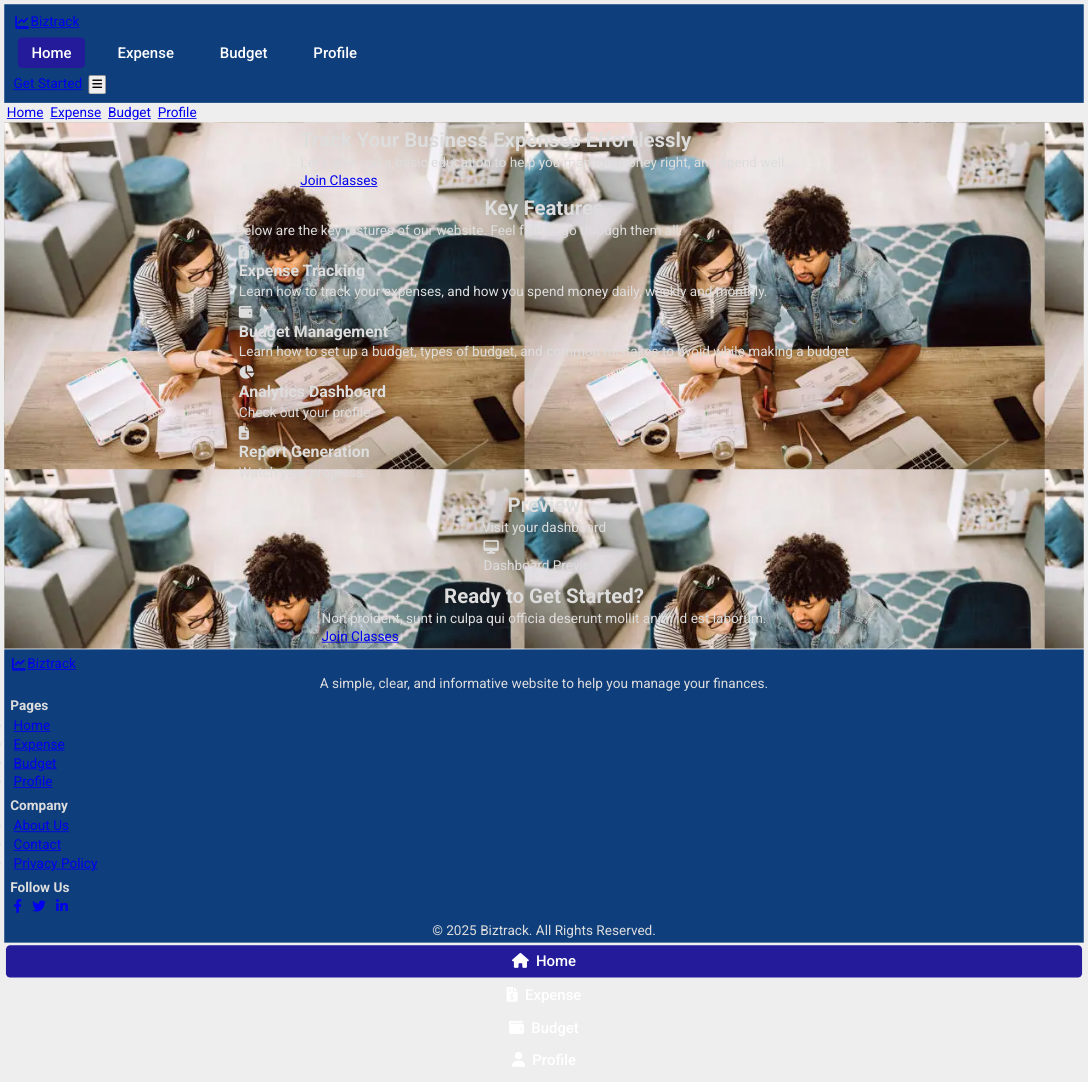
Repository: JoyUdoh106/wdd131
Page: project/index.html
An editor plug-in stored every save of this project. The page is shown before and after the next save, followed by the edit.
The browser window is 1280 px wide. The pictures show the whole page, at 85% of full size.

Above is the page before, as saved 2025-08-10 18:55:01.
Console error: TypeError: Cannot set properties of null (setting 'textContent')

After the next save:
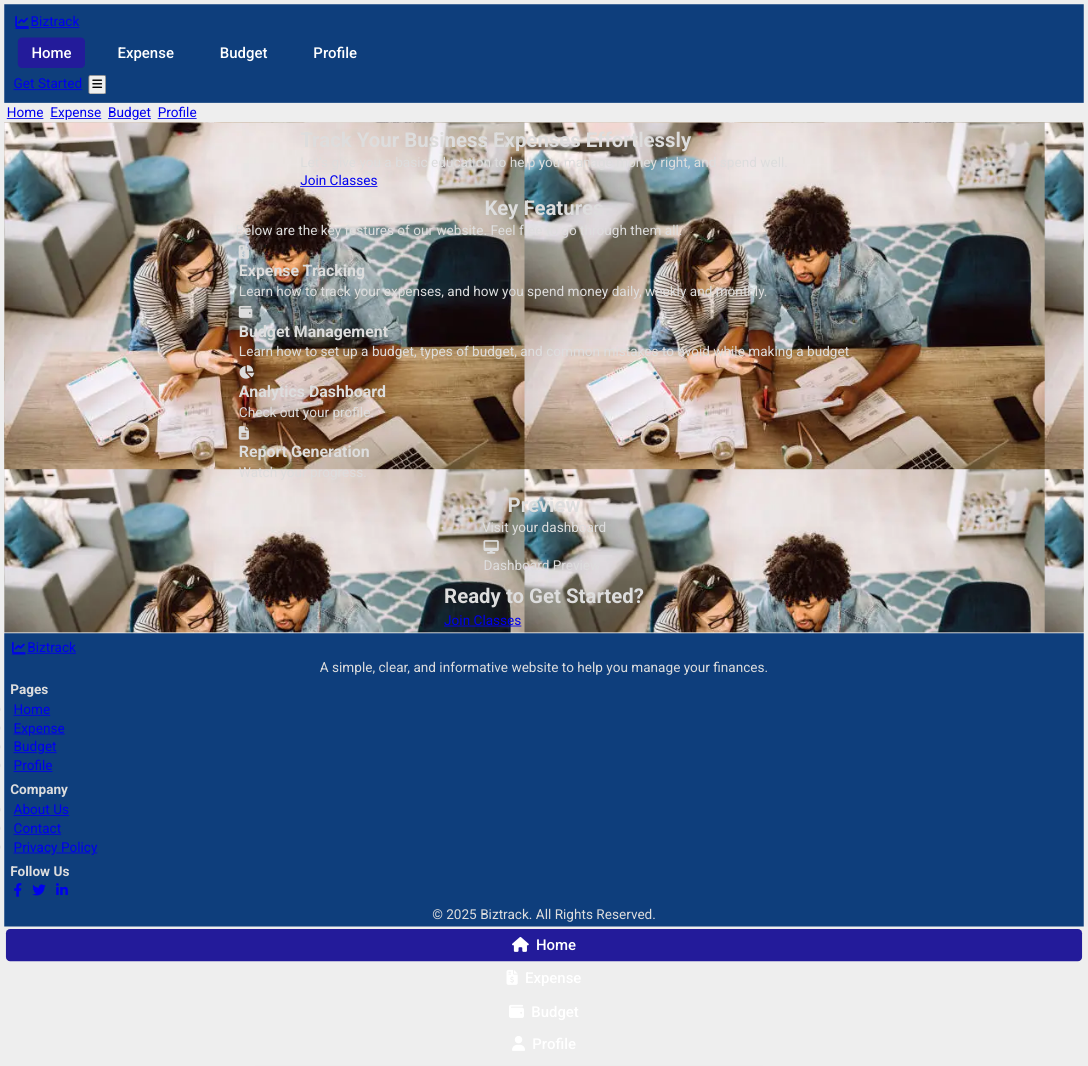
Saved 16 s later.
--- a/project/index.html
+++ b/project/index.html
@@ -94,7 +94,7 @@
         <section class="cta-section">
             <div class="container">
                 <h2>Ready to Get Started?</h2>
-                <p>Non proident, sunt in culpa qui officia deserunt mollit anim id est laborum.</p>
+                <p></p>
                 <a href="#" class="btn btn-light">Join Classes</a>
             </div>
         </section>

After the save that followed:
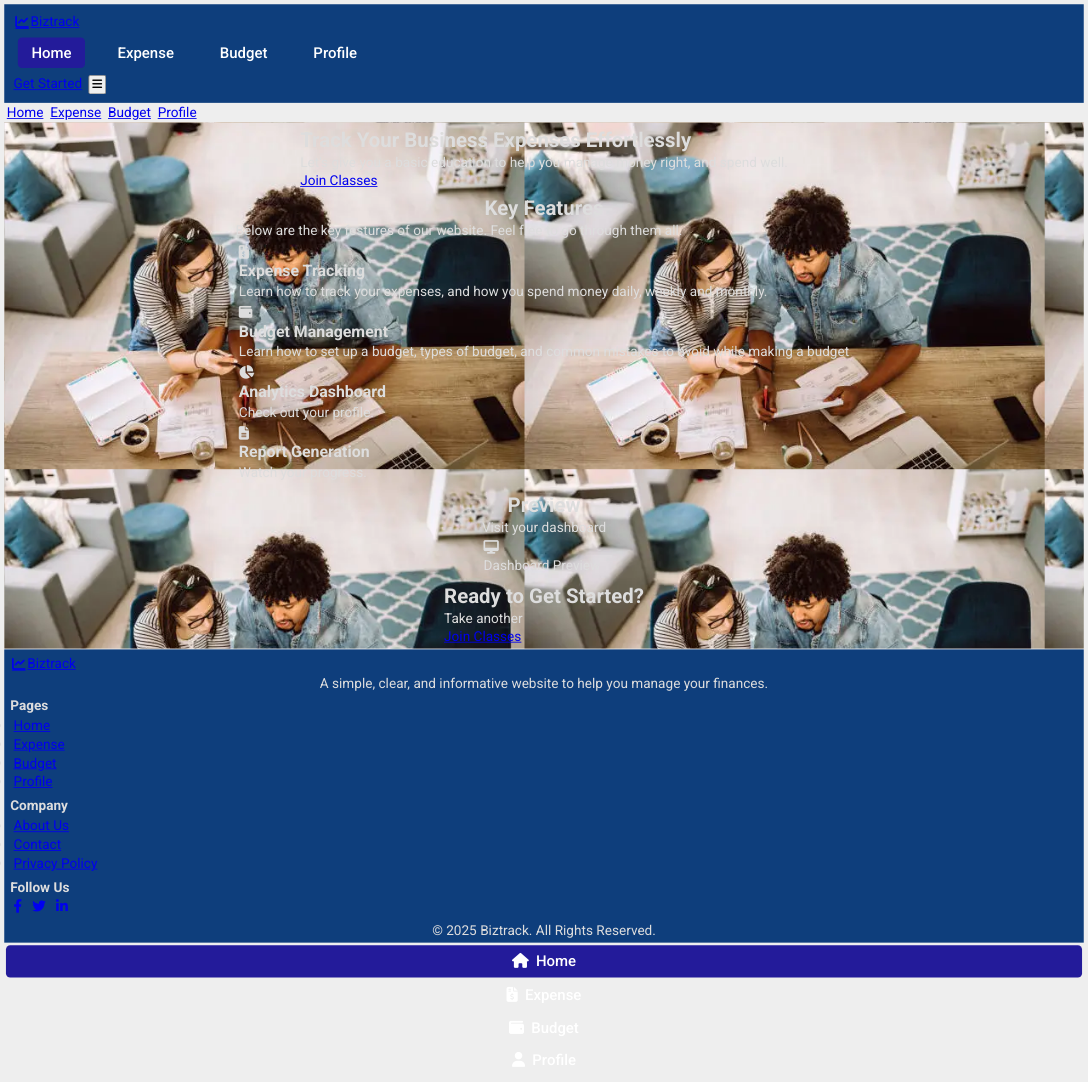
Saved 6 s later.
--- a/project/index.html
+++ b/project/index.html
@@ -94,7 +94,7 @@
         <section class="cta-section">
             <div class="container">
                 <h2>Ready to Get Started?</h2>
-                <p></p>
+                <p>Take another </p>
                 <a href="#" class="btn btn-light">Join Classes</a>
             </div>
         </section>
